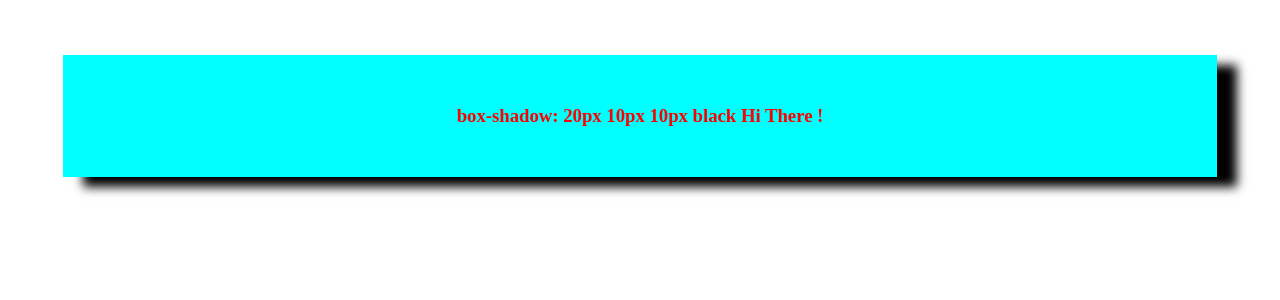
Repository: VISHALGUPTA100803/Harkirat_MERN
Page: zerodha_landing_page week0(html+css)/index2.html
These files come from the project's save history. The page is drawn as it stood at one moment and after a run of saves; the edit follows.
The browser window is 1280 px wide. The pictures show the whole page.

Above is the page before, as saved 2023-12-16 14:04:04.

After the next 3 saves:
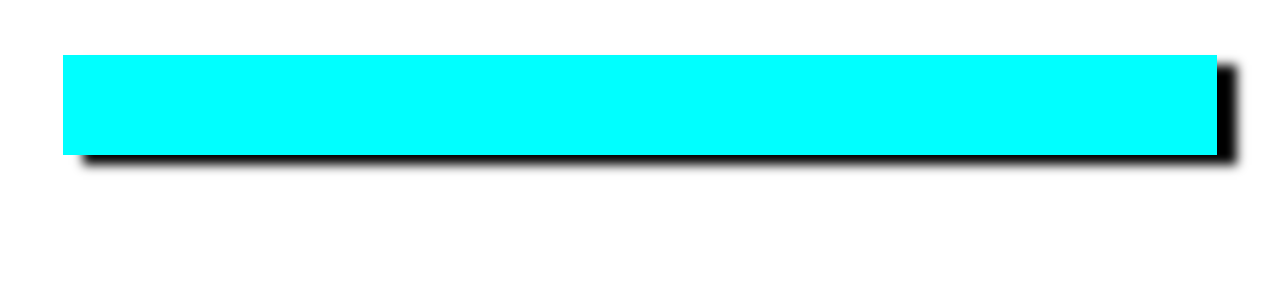
The 3 saves are shown as one change because they came seconds apart.
The last was saved 19 s later.
--- a/zerodha_landing_page week0(html+css)/index2.html
+++ b/zerodha_landing_page week0(html+css)/index2.html
@@ -2,7 +2,7 @@
     <h3 style="color: red; background-color: aqua;
     box-shadow: 20px 10px 10px black
     ; margin: 55px; padding: 50px;">
-    box-shadow: 20px 10px 10px black
+   <! box-shadow: 20px 10px 10px black
    Hi There !
     </h3>
  </center>
